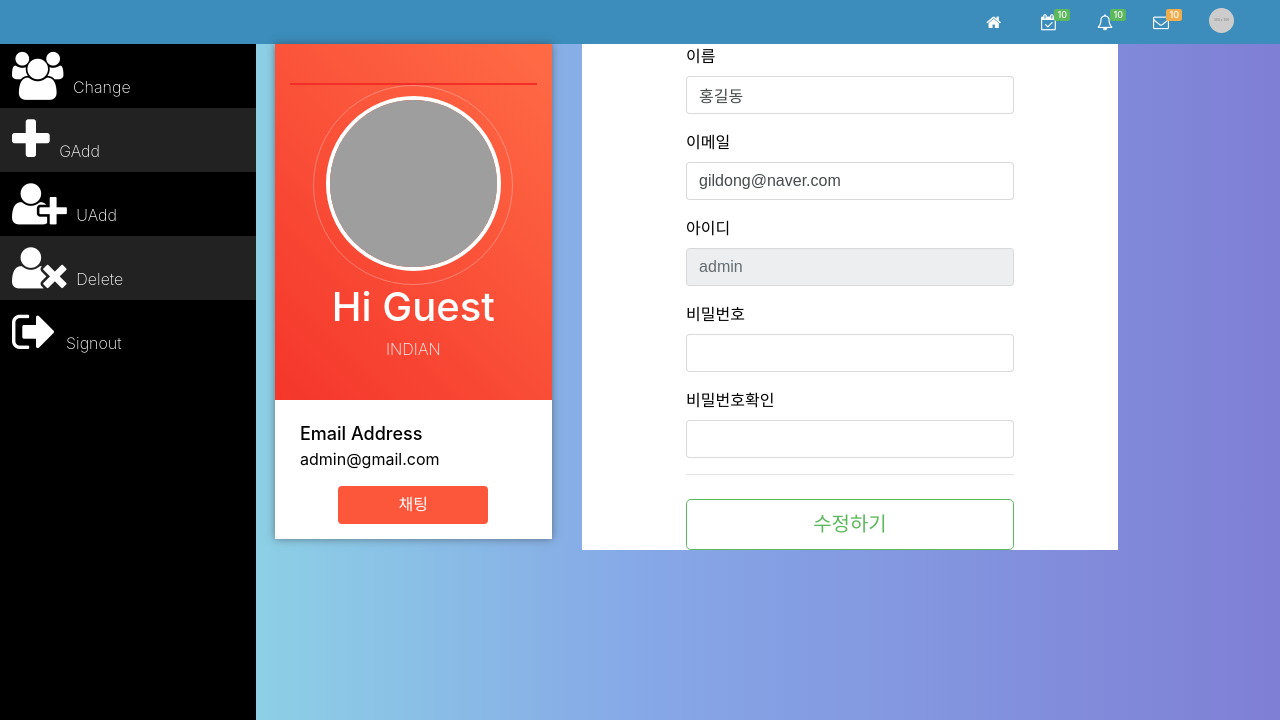
Repository: lukawitch/graduatedchat
Page: http://localhost/Graduated/WEB-INF/views/profile.jsp
An editor plug-in stored every save of this project. The page is shown before and after the next save, followed by the edit.
The browser window is 1280 px wide. The pictures show the whole page.
Pictures or frames that could not be fetched are drawn as grey boxes. The page is served by Tomcat 9. Nobody is signed in. Other server files are loaded and not shown. The template is opened directly, without the code that normally fills it, so the values that code supplies are empty.

Above is the page before, as saved 2019-06-26 02:08:28.

### Graduated/src/main/webapp/WEB-INF/views/profile.jsp
<%@ page language="java" contentType="text/html; charset=UTF-8"
    pageEncoding="UTF-8"%>
<!DOCTYPE html>
<html>
<head>
<meta charset="UTF-8">
<meta name="viewport" content="width=device-width, initial-scale=1, shrink-to-fit=no">

<link rel="stylesheet" href="/resources/group.css">
    <!-- Bootstrap CSS -->
    <link rel="stylesheet" href="https://stackpath.bootstrapcdn.com/bootstrap/4.3.1/css/bootstrap.min.css" integrity="sha384-ggOyR0iXCbMQv3Xipma34MD+dH/1fQ784/j6cY/iJTQUOhcWr7x9JvoRxT2MZw1T" crossorigin="anonymous">
<link rel="stylesheet" href="/resources/chat.css">
<style>
div h3 span{
     color : #FFF;
     font-size:14px;
}

div span {
     font-weight: 200;
}

h1{
     font-weight: 200;
}

.login_box{
    background: #f32d27; /* Old browsers */
    /* IE9 SVG, needs conditional override of 'filter' to 'none' */
    background: url(data:[embedded picture, 662 characters]);
    background: -moz-linear-gradient(45deg,  #f32d27 5%, #ff6b45 99%); /* FF3.6+ */
    background: -webkit-gradient(linear, left bottom, right top, color-stop(5%,#f32d27), color-stop(99%,#ff6b45)); /* Chrome,Safari4+ */
    background: -webkit-linear-gradient(45deg,  #f32d27 5%,#ff6b45 99%); /* Chrome10+,Safari5.1+ */
    background: -o-linear-gradient(45deg,  #f32d27 5%,#ff6b45 99%); /* Opera 11.10+ */
    background: -ms-linear-gradient(45deg,  #f32d27 5%,#ff6b45 99%); /* IE10+ */
    background: linear-gradient(45deg,  #f32d27 5%,#ff6b45 99%); /* W3C */
    filter: progid:DXImageTransform.Microsoft.gradient( startColorstr='#f32d27', endColorstr='#ff6b45',GradientType=1 ); /* IE6-8 fallback on horizontal gradient */

    width:100%;
   /* height:70%; */

    <!--top:15%;-->
    left:32.5%;

    -webkit-box-shadow: 0px 0px 8px 0px rgba(50, 50, 50, 0.54);
-moz-box-shadow:    0px 0px 8px 0px rgba(50, 50, 50, 0.54);
box-shadow:         0px 0px 8px 0px rgba(50, 50, 50, 0.54);
}

@media (max-width: 767px) {
    .login_box{
        background: #f32d27; /* Old browsers */
        /* IE9 SVG, needs conditional override of 'filter' to 'none' */
        background: url(data:[embedded picture, 662 characters]);
        background: -moz-linear-gradient(45deg,  #f32d27 5%, #ff6b45 99%); /* FF3.6+ */
        background: -webkit-gradient(linear, left bottom, right top, color-stop(5%,#f32d27), color-stop(99%,#ff6b45)); /* Chrome,Safari4+ */
        background: -webkit-linear-gradient(45deg,  #f32d27 5%,#ff6b45 99%); /* Chrome10+,Safari5.1+ */
        background: -o-linear-gradient(45deg,  #f32d27 5%,#ff6b45 99%); /* Opera 11.10+ */
        background: -ms-linear-gradient(45deg,  #f32d27 5%,#ff6b45 99%); /* IE10+ */
        background: linear-gradient(45deg,  #f32d27 5%,#ff6b45 99%); /* W3C */
        filter: progid:DXImageTransform.Microsoft.gradient( startColorstr='#f32d27', endColorstr='#ff6b45',GradientType=1 ); /* IE6-8 fallback on horizontal gradient */

        width:100%;
        height:80%;

        <!--top:10%;-->
        left:5%;

        -webkit-box-shadow: 0px 0px 8px 0px rgba(50, 50, 50, 0.54);
-moz-box-shadow:    0px 0px 8px 0px rgba(50, 50, 50, 0.54);
box-shadow:         0px 0px 8px 0px rgba(50, 50, 50, 0.54);
    }
}

.image-circle{
    border-radius: 50%;
    width: 175px;
    height: 175px;
    border: 4px solid #FFF;
    margin: 10px;
}

.follow{
    background-color:#FC563B;
    height: 80px;
    cursor:pointer;
}

.follow:hover {
    background-color:#F22F26;
    height: 80px;
    cursor:pointer;
}

.login_control{
    background-color:#FFF;
    padding:10px;

}

.control {
    color:#000;
    margin:10px;
}

.label {

    font-size: 18px;
    font-weight: 500;
}



.form-control:focus{
    border-radius: 0px;
    border-bottom: 1px solid #FC563B;
    margin-bottom: 10px;
    outline: none;
    -webkit-box-shadow: none !important;
    -moz-box-shadow: none !important;
    box-shadow: none !important;
}
.btn-orange{
    background-color: #FC563B;
    border-radius: 0px;
    margin: 5px;
    padding: 5px;
    width: 150px;
    font-size: 20px;
    font-weight: inherit;
}

.btn-orange:hover {
    background-color: #F22F26;
    border-radius: 0px;
    margin: 5px;
    padding: 5px;
    width: 150px;
    font-size: 20px;
    font-weight: inherit;
    color:#FFF !important;
}

.line{
    border-bottom : 2px solid #F32D27;
}


.outter{
    padding: 0px;
    border: 1px solid rgba(255, 255, 255, 0.29);
    border-radius: 50%;
    width: 200px;
    height: 200px;
}

</style>
<script>

function showdel(aa){
	 var con = document.getElementById(aa);
	 if( con.style.display == 'block'){
	  con.style.display = 'none';
	 }
	 else{
	  con.style.display = 'block';
	 }
	}
</script>
</head>
<body>
<%@include file="./sidebar.jsp" %>
<div class="container">
	<div class="row">
<div class="col-2"></div>
			<div class="col-10">
			<div class="container">
<div class="row">
<div class="col-md-4 ">
	<div class="row login_box">
	    <div class="col-md-12 col-xs-12" align="center">
            <div class="line"><h3>&nbsp</h3></div>
            <div class="outter"><img src="http://lorempixel.com/output/people-q-c-100-100-1.jpg" class="image-circle"/></div>
            <h1 style="color:#fff">Hi Guest</h1>
            <span style="color:#fff">INDIAN</span>
	    </div>
        <div><h3>&nbsp</h3></div>
        <div class="col-md-12 col-xs-12 login_control">

                <div class="control">
                    <div class="label">Email Address</div>
                    admin@gmail.com
                </div>

                <!--<div class="control">
                     <div class="label">Password</div>
                    <input type="password" class="form-control" value="123456"/>
                </div>
				<div class="control">
                     <div class="label">Confirm Password</div>
                    <input type="password" class="form-control" value="123456"/>
                </div>-->
             <div align="center">
                     <button class="btn btn-orange" style="color:#fff" onclick="showdel('aaa')">채팅</button>
                </div>

        </div>


        </div>
    </div>
    <div class="col-lg-7 col-sm-6"style="background-color:#fff" id="aaa">
	<div class="row">
  <div class="col-md-2"></div>
    <div class="col-md-8 order-md-1" >

      <form class="needs-validation" novalidate>
        <div class="row">

        </div>



        <div class="mb-3">
          <label for="user"  style="color:#000">이름</label>
          <input type="text" class="form-control" id="user" value="홍길동" required>
          <div class="invalid-feedback">
            Please enter a valid email address for shipping updates.
          </div>
        </div>

        <div class="mb-3">
          <label for="email"  style="color:#000">이메일</label>
          <input type="email" class="form-control" id="email" placeholder="example@naver.com" value="gildong@naver.com">

        </div>



        <div class=" mb-3">
            <label for="zip"  style="color:#000">아이디</label>
            <input type="text" class="form-control" id="zip" placeholder="admin" readonly>
            <div class="invalid-feedback">
              Zip code required.
            </div>
          </div>



          <div class=" mb-3">
            <label for="zip"  style="color:#000">비밀번호</label>
            <input type="password" class="form-control" id="zip" >
            <div class="invalid-feedback">
              Zip code required.
            </div>
          </div>
		   <div class="mb-3">
            <label for="zip"  style="color:#000">비밀번호확인</label>
            <input type="password" class="form-control" id="zip" >
            <div class="invalid-feedback">
              Zip code required.
            </div>
          </div>

        <hr class="mb-4">
        <button class="btn btn-outline-success btn-lg btn-block" type="submit">수정하기</button>
      </form>
    </div>
  </div>


</div>

    </div>
    </div>

			</div>
			</div>
			</div>


</body>
<script src="https://code.jquery.com/jquery-3.3.1.slim.min.js" integrity="sha384-q8i/X+965DzO0rT7abK41JStQIAqVgRVzpbzo5smXKp4YfRvH+8abtTE1Pi6jizo" crossorigin="anonymous"></script>
    <script src="https://cdnjs.cloudflare.com/ajax/libs/popper.js/1.14.7/umd/popper.min.js" integrity="sha384-UO2eT0CpHqdSJQ6hJty5KVphtPhzWj9WO1clHTMGa3JDZwrnQq4sF86dIHNDz0W1" crossorigin="anonymous"></script>
    <script src="https://stackpath.bootstrapcdn.com/bootstrap/4.3.1/js/bootstrap.min.js" integrity="sha384-JjSmVgyd0p3pXB1rRibZUAYoIIy6OrQ6VrjIEaFf/nJGzIxFDsf4x0xIM+B07jRM" crossorigin="anonymous"></script>
</html>

### Graduated/src/main/webapp/resources/group.css
/*    --------------------------------------------------
	:: General
	-------------------------------------------------- */
body {
	font-family: 'Open Sans', sans-serif;
	color: #353535;
	width: 100%;. height: 100%;.
}
.content h1 {
	text-align: center;
}
.content .content-footer p {
	color: #6d6d6d;
    font-size: 12px;
    text-align: center;
}
.content .content-footer p a {
	color: inherit;
	font-weight: bold;
}

/*	--------------------------------------------------
	:: Table Filter
	-------------------------------------------------- */
.panel {
	border: 1px solid #ddd;
	background-color: #fcfcfc;
}
.panel .btn-group {
	margin: 15px 0 30px;
}
.panel .btn-group .btn {
	transition: background-color .3s ease;
}
.table-filter {
	background-color: #fff;
	border-bottom: 1px solid #eee;
}
.table-filter tbody tr:hover {
	cursor: pointer;
	background-color: #eee;
}
.table-filter tbody tr td {
	padding: 10px;
	vertical-align: middle;
	border-top-color: #eee;
}
.table-filter tbody tr.selected td {
	background-color: #eee;
}
.table-filter tr td:first-child {
	width: 38px;
}
.table-filter tr td:nth-child(2) {
	width: 35px;
}
.ckbox {
	position: relative;
	display:none;
}
.ckbox input[type="checkbox"] {
	opacity: 0;
}
.ckbox label {
	-webkit-user-select: none;
	-moz-user-select: none;
	-ms-user-select: none;
	user-select: none;
}
.ckbox label:before {
	content: '';
	top: 1px;
	left: 0;
	width: 18px;
	height: 18px;
	display: block;
	position: absolute;
	border-radius: 2px;
	border: 1px solid #bbb;
	background-color: #fff;
}
.ckbox input[type="checkbox"]:checked + label:before {
	border-color: #2BBCDE;
	background-color: #2BBCDE;
}
.ckbox input[type="checkbox"]:checked + label:after {
	top: 3px;
	left: 3.5px;

	color: #fff;
	font-size: 11px;
	font-family: 'Glyphicons Halflings';
	position: absolute;
}

.table-filter .media-photo {
	width: 35px;
}
.table-filter .media-body {
    display: block;
    /* Had to use this style to force the div to expand (wasn't necessary with my bootstrap version 3.3.6) */
}
.table-filter .media-meta {
	font-size: 11px;
	color: #999;
}
.table-filter .media .title {
	color: #2BBCDE;
	font-size: 14px;
	font-weight: bold;
	line-height: normal;
	margin: 0;
}
.table-filter .media .title span {
	font-size: .8em;
	margin-right: 20px;
}
.table-filter .media .title span.pagado {
	color: #5cb85c;
}
.table-filter .media .title span.pendiente {
	color: #f0ad4e;
}
.table-filter .media .title span.cancelado {
	color: #d9534f;
}
.table-filter .media .summary {
	font-size: 14px;
}
.profile{
position:fixed;
left:0;
top:0;
display:none;
}
.info{
background-color:#fff;
}
.button{
background-color:#fff;
}
.avatar{

}
.card {
    padding-top: 20px;
    margin: 10px 0 20px 0;
    background-color: rgba(214, 224, 226, 0.2);
    border-top-width: 0;
    border-bottom-width: 2px;
    -webkit-border-radius: 3px;
    -moz-border-radius: 3px;
    border-radius: 3px;
    -webkit-box-shadow: none;
    -moz-box-shadow: none;
    box-shadow: none;
    -webkit-box-sizing: border-box;
    -moz-box-sizing: border-box;
    box-sizing: border-box;
}

.card .card-heading {
    padding: 0 20px;
    margin: 0;
}

.card .card-heading.simple {
    font-size: 20px;
    font-weight: 300;
    color: #777;
    border-bottom: 1px solid #e5e5e5;
}

.card .card-heading.image img {
    display: inline-block;
    width: 46px;
    height: 46px;
    margin-right: 15px;
    vertical-align: top;
    border: 0;
    -webkit-border-radius: 50%;
    -moz-border-radius: 50%;
    border-radius: 50%;
}

.card .card-heading.image .card-heading-header {
    display: inline-block;
    vertical-align: top;
}

.card .card-heading.image .card-heading-header h3 {
    margin: 0;
    font-size: 14px;
    line-height: 16px;
    color: #262626;
}

.card .card-heading.image .card-heading-header span {
    font-size: 12px;
    color: #999999;
}

.card .card-body {
    padding: 0 20px;
    margin-top: 20px;
}

.card .card-media {
    padding: 0 20px;
    margin: 0 -14px;
}

.card .card-media img {
    max-width: 100%;
    max-height: 100%;
}

.card .card-actions {
    min-height: 30px;
    padding: 0 20px 20px 20px;
    margin: 20px 0 0 0;
}

.card .card-comments {
    padding: 20px;
    margin: 0;
    background-color: #f8f8f8;
}

.card .card-comments .comments-collapse-toggle {
    padding: 0;
    margin: 0 20px 12px 20px;
}

.card .card-comments .comments-collapse-toggle a,
.card .card-comments .comments-collapse-toggle span {
    padding-right: 5px;
    overflow: hidden;
    font-size: 12px;
    color: #999;
    text-overflow: ellipsis;
    white-space: nowrap;
}

.card-comments .media-heading {
    font-size: 13px;
    font-weight: bold;
}

.card.people {
    position: relative;
    display: inline-block;
    width: 170px;
    height: 300px;
    padding-top: 0;
    margin-left: 20px;
    overflow: hidden;
    vertical-align: top;
}

.card.people:first-child {
    margin-left: 0;
}

.card.people .card-top {
    position: absolute;
    top: 0;
    left: 0;
    display: inline-block;
    width: 170px;
    height: 150px;
    background-color: #ffffff;
}

.card.people .card-top.green {
    background-color: #53a93f;
}

.card.people .card-top.blue {
    background-color: #427fed;
}

.card.people .card-info {
    position: absolute;
    top: 150px;
    display: inline-block;
    width: 100%;
    height: 101px;
    overflow: hidden;
    background: #ffffff;
    -webkit-box-sizing: border-box;
    -moz-box-sizing: border-box;
    box-sizing: border-box;
}

.card.people .card-info .title {
    display: block;
    margin: 8px 14px 0 14px;
    overflow: hidden;
    font-size: 16px;
    font-weight: bold;
    line-height: 18px;
    color: #404040;
}

.card.people .card-info .desc {
    display: block;
    margin: 8px 14px 0 14px;
    overflow: hidden;
    font-size: 12px;
    line-height: 16px;
    color: #737373;
    text-overflow: ellipsis;
}

.card.people .card-bottom {
    position: absolute;
    bottom: 0;
    left: 0;
    display: inline-block;
    width: 100%;
    padding: 10px 20px;
    line-height: 29px;
    text-align: center;
    -webkit-box-sizing: border-box;
    -moz-box-sizing: border-box;
    box-sizing: border-box;
}

.card.hovercard {
    position: relative;
    padding-top: 0;
    overflow: hidden;
    text-align: center;
    background-color: rgba(214, 224, 226, 0.2);
}

.card.hovercard .cardheader {
    background: url("http://lorempixel.com/850/280/nature/4/");
    background-size: cover;
    height: 380px;
	width:100%;
}

.card.hovercard .avatar {
    position: relative;
    top: -50px;
    margin-bottom: -50px;
	z-index:6;
}

.card.hovercard .avatar img {
    width: 100px;
    height: 100px;
    max-width: 100px;
    max-height: 100px;
    -webkit-border-radius: 50%;
    -moz-border-radius: 50%;
    border-radius: 50%;
    border: 5px solid rgba(255,255,255,0.5);
}

.card.hovercard .info {
    padding: 4px 8px 10px;
	top:-50px;
	position:relative;
}

.card.hovercard .info .title {
    margin-bottom: 4px;
    font-size: 24px;
    line-height: 1;
    color: #262626;
    vertical-align: middle;
	margin-top:50px;
}

.card.hovercard .info .desc {
    overflow: hidden;
    font-size: 12px;
    line-height: 20px;
    color: #737373;
    text-overflow: ellipsis;
}

.card.hovercard .bottom {
    padding: 0 20px;
	background-color:white;
	margin-top:-50px;
}

.btnround{ border-radius: 50%; width:32px; height:32px; line-height:18px;  }
.exit{
position:relative;
top:0px;
left:20px;
color:white;
text-align:left;
}
 #imaginary_container{
    margin-top:20%; /* Don't copy this */
}
.stylish-input-group .input-group-addon{
    background: white !important;
}
.stylish-input-group .form-control{
	border-right:0;
	box-shadow:0 0 0;
	border-color:#ccc;
}
.stylish-input-group button{
    border:0;
    background:transparent;
}
.addmember{
background-color:white;
border-radius:30px;
padding-bottom:30px;
border:black 4px;
}

### Graduated/src/main/webapp/resources/chat.css
  body,html{
			height: 100%;
			margin: 0;
			background: #7F7FD5;
	       background: -webkit-linear-gradient(to right, #91EAE4, #86A8E7, #7F7FD5);
	        background: linear-gradient(to right, #91EAE4, #86A8E7, #7F7FD5);
		}

		.chat{
			margin-top: auto;
			margin-bottom: auto;
		}
		.card{
			height: 500px;
			border-radius: 15px !important;
			background-color: rgba(0,0,0,0.4) !important;
		}
		.contacts_body{
			padding:  0.75rem 0 !important;
			overflow-y: auto;
			white-space: nowrap;
		}
		.msg_card_body{
			overflow-y: auto;
		}
		.card-header{
			border-radius: 15px 15px 0 0 !important;
			border-bottom: 0 !important;
		}
	 .card-footer{
		border-radius: 0 0 15px 15px !important;
			border-top: 0 !important;
	}
		.container{
			align-content: center;
		}
		.search{
			border-radius: 15px 0 0 15px !important;
			background-color: rgba(0,0,0,0.3) !important;
			border:0 !important;
			color:white !important;
		}
		.search:focus{
		     box-shadow:none !important;
           outline:0px !important;
		}
		.type_msg{
			background-color: rgba(0,0,0,0.3) !important;
			border:0 !important;
			color:white !important;
			height: 60px !important;
			overflow-y: auto;
		}
			.type_msg:focus{
		     box-shadow:none !important;
           outline:0px !important;
		}
		.attach_btn{
	border-radius: 15px 0 0 15px !important;
	background-color: rgba(0,0,0,0.3) !important;
			border:0 !important;
			color: white !important;
			cursor: pointer;
		}
		.send_btn{
	border-radius: 0 15px 15px 0 !important;
	background-color: rgba(0,0,0,0.3) !important;
			border:0 !important;
			color: white !important;
			cursor: pointer;
		}
		.search_btn{
			border-radius: 0 15px 15px 0 !important;
			background-color: rgba(0,0,0,0.3) !important;
			border:0 !important;
			color: white !important;
			cursor: pointer;
		}
		.contacts{
			list-style: none;
			padding: 0;
		}
		.contacts li{
			width: 100% !important;
			padding: 5px 10px;
			margin-bottom: 15px !important;
		}
	.active{
			background-color: rgba(0,0,0,0.3);
	}
		.user_img{
			height: 70px;
			width: 70px;
			border:1.5px solid #f5f6fa;

		}
		.user_img_msg{
			height: 40px;
			width: 40px;
			border:1.5px solid #f5f6fa;

		}
	.img_cont{
			position: relative;
			height: 70px;
			width: 70px;
	}
	.img_cont_msg{
			height: 40px;
			width: 40px;
	}
	.online_icon{
		position: absolute;
		height: 15px;
		width:15px;
		background-color: #4cd137;
		border-radius: 50%;
		bottom: 0.2em;
		right: 0.4em;
		border:1.5px solid white;
	}
	.offline{
		background-color: #c23616 !important;
	}
	.user_info{
		margin-top: auto;
		margin-bottom: auto;
		margin-left: 15px;
	}
	.user_info span{
		font-size: 20px;
		color: white;
	}
	.user_info p{
	font-size: 10px;
	color: rgba(255,255,255,0.6);
	}
	.video_cam{
		margin-left: 50px;
		margin-top: 5px;
	}
	.video_cam span{
		color: white;
		font-size: 20px;
		cursor: pointer;
		margin-right: 20px;
	}
	.msg_cotainer{
		margin-top: auto;
		margin-bottom: auto;
		margin-left: 10px;
		border-radius: 25px;
		background-color: #82ccdd;
		padding: 10px;
		position: relative;
	}
	.msg_cotainer_send{
		margin-top: auto;
		margin-bottom: auto;
		margin-right: 10px;
		border-radius: 25px;
		background-color: #78e08f;
		padding: 10px;
		position: relative;
	}
	.msg_time{
		position: absolute;
		left: 0;
		bottom: -15px;
		color: rgba(255,255,255,0.5);
		font-size: 10px;
	}
	.msg_time_send{
		position: absolute;
		right:0;
		bottom: -15px;
		color: rgba(255,255,255,0.5);
		font-size: 10px;
	}
	.msg_head{
		position: relative;
		height:100px;
	}
	#action_menu_btn{
		position: absolute;
		right: 10px;
		top: 10px;
		color: white;
		cursor: pointer;
		font-size: 20px;
	}
	.action_menu{
		z-index: 1;
		position: absolute;
		padding: 15px 0;
		background-color: rgba(0,0,0,0.5);
		color: white;
		border-radius: 15px;
		top: 30px;
		right: 15px;
		display: none;
	}
	.action_menu ul{
		list-style: none;
		padding: 0;
	margin: 0;
	}
	.action_menu ul li{
		width: 100%;
		padding: 10px 15px;
		margin-bottom: 5px;
	}
	.action_menu ul li i{
		padding-right: 10px;

	}
	.action_menu ul li:hover{
		cursor: pointer;
		background-color: rgba(0,0,0,0.2);
	}
	@media(max-width: 576px){
	.contacts_card{
		margin-bottom: 15px !important;
	}
	}

Loaded but not shown: Graduated/src/main/webapp/resources/sidebar.css (library); Graduated/src/main/webapp/WEB-INF/views/sidebar.jsp (188 lines, source omitted)

After the next save:
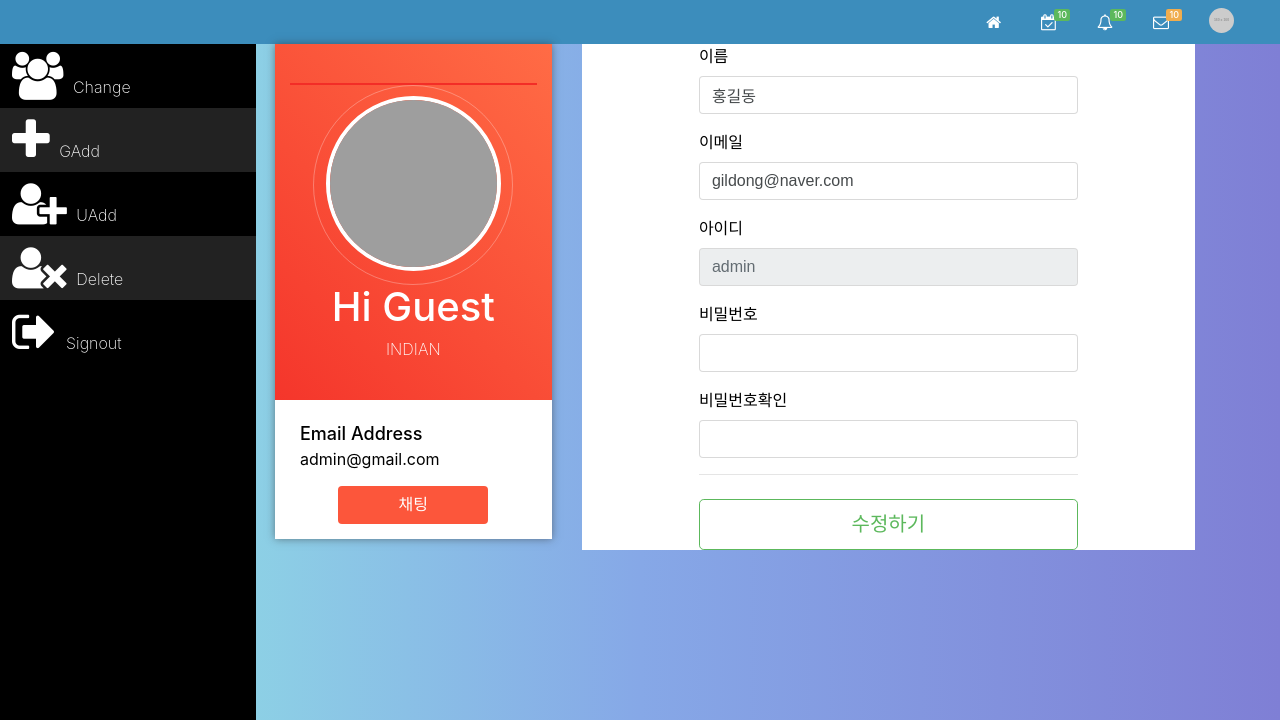
Saved 74 s later.
--- a/Graduated/src/main/webapp/WEB-INF/views/profile.jsp
+++ b/Graduated/src/main/webapp/WEB-INF/views/profile.jsp
@@ -209,7 +209,7 @@ function showdel(aa){
 
         </div>
     </div>
-    <div class="col-lg-7 col-sm-6"style="background-color:#fff" id="aaa">
+    <div class="col-lg-8 col-sm-6"style="background-color:#fff" id="aaa">
 	<div class="row">
   <div class="col-md-2"></div>
     <div class="col-md-8 order-md-1" >
